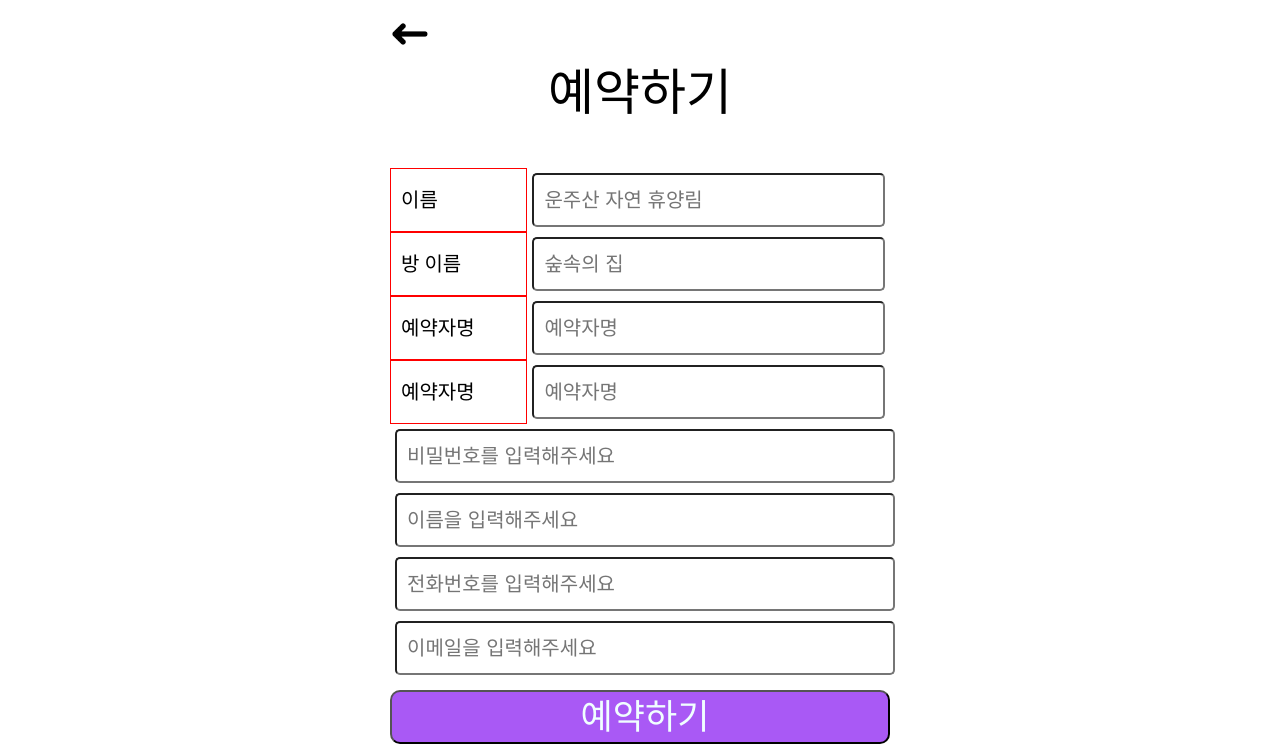
Repository: jaehunjeong4103/WebProject
Page: http://localhost/Web/view/reservation/reservation
An editor plug-in stored every save of this project. The page is shown before and after the next save, followed by the edit.
The browser window is 1280 px wide. The pictures show the whole page.
Some web fonts or font styles are not loaded; a fallback is used. The page is served by Tomcat 9.

Above is the page before, as saved 2023-06-06 01:30:38.

After the next save:
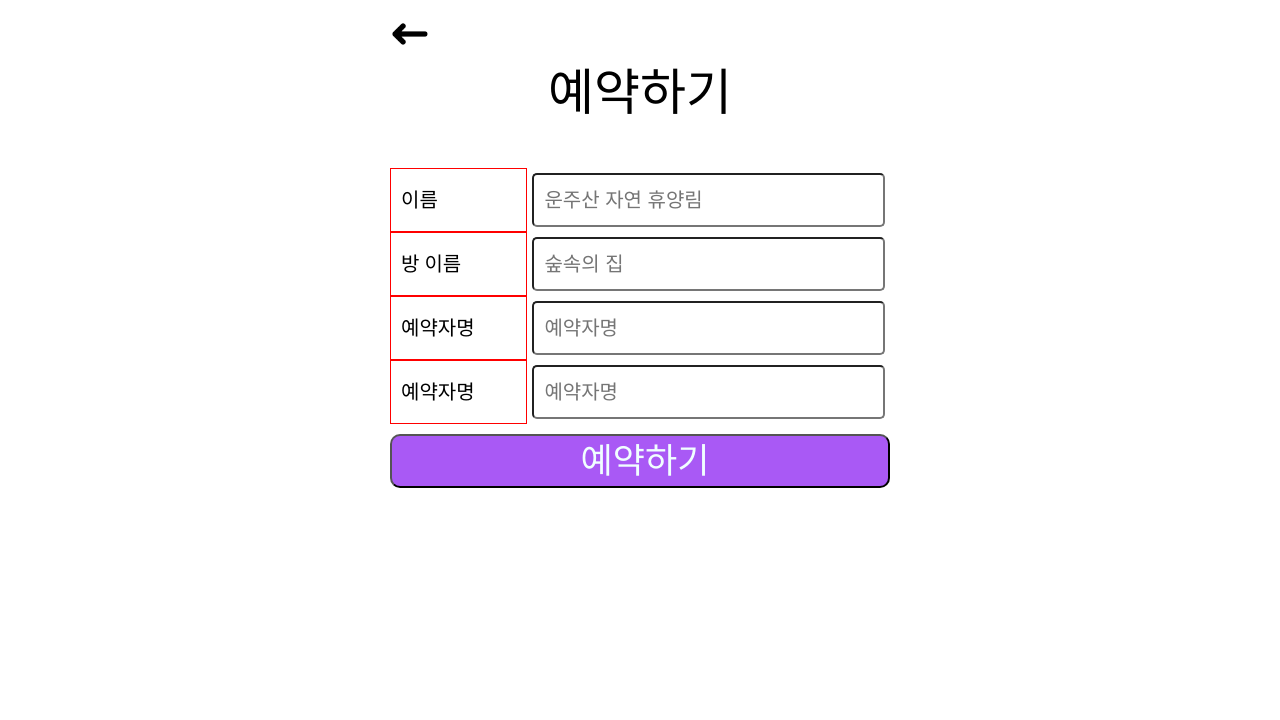
Saved 42 s later.
--- a/Web/src/main/webapp/WEB-INF/view/reservation/reservation.jsp
+++ b/Web/src/main/webapp/WEB-INF/view/reservation/reservation.jsp
@@ -36,11 +36,6 @@
 					<span>예약자명</span>
 					<input type="text" placeholder="예약자명" class="input_text id" name="ID" value="${chkId}" readonly>
 				</div>
-
-				<input type="text" placeholder="비밀번호를 입력해주세요" class="input_text password" name="PASSWORD" readonly>
-			  <input type="text" placeholder="이름을 입력해주세요" class="input_text name" name="NAME" readonly>
-				<input type="text" placeholder="전화번호를 입력해주세요" class="input_text phone" name="PHONE" readonly>
-				<input type="text" placeholder="이메일을 입력해주세요" class="input_text email" name="EMAIL" readonly>
 		    <input type="submit" value="예약하기" class="button">
 			</section>
 		</form>
